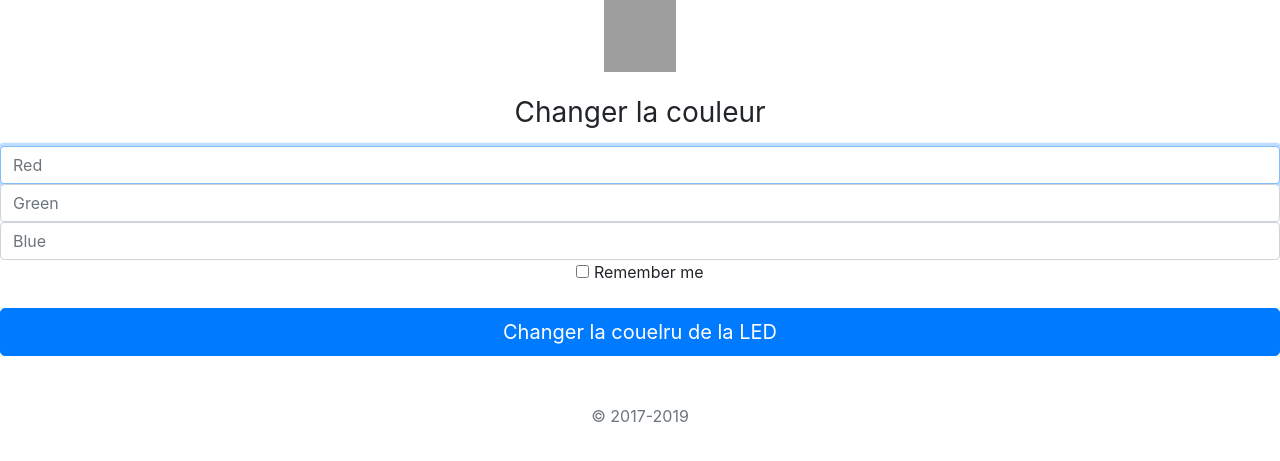
Repository: Symfomany/vuecontrol
Page: index.html
These files come from the project's save history. The page is drawn as it stood at one moment and after the next save; the edit follows.
The browser window is 1280 px wide. The pictures show the whole page.
Pictures or frames that could not be fetched are drawn as grey boxes.

Above is the page before, as saved 2019-11-16 12:01:42.
Not found: signin.css

### index.html
<html lang="en"><head>
    <meta charset="utf-8">
    <meta name="viewport" content="width=device-width, initial-scale=1, shrink-to-fit=no">
    <meta name="description" content="">
    <meta name="author" content="Mark Otto, Jacob Thornton, and Bootstrap contributors">
    <meta name="generator" content="Jekyll v3.8.5">
    <title>Signin Template · Bootstrap</title>

    <link rel="canonical" href="https://getbootstrap.com/docs/4.3/examples/sign-in/">

    <!-- Bootstrap core CSS -->
<link href="https://getbootstrap.com/docs/4.3/dist/css/bootstrap.min.css" rel="stylesheet" integrity="sha384-ggOyR0iXCbMQv3Xipma34MD+dH/1fQ784/j6cY/iJTQUOhcWr7x9JvoRxT2MZw1T" crossorigin="anonymous">


    <style>
      .bd-placeholder-img {
        font-size: 1.125rem;
        text-anchor: middle;
        -webkit-user-select: none;
        -moz-user-select: none;
        -ms-user-select: none;
        user-select: none;
      }

      @media (min-width: 768px) {
        .bd-placeholder-img-lg {
          font-size: 3.5rem;
        }
      }
    </style>
    <!-- Custom styles for this template -->
    <link href="signin.css" rel="stylesheet">
  </head>
  <body class="text-center" style="">
  <img class="mb-4" src="https://getbootstrap.com/docs/4.3/assets/brand/bootstrap-solid.svg" alt="" width="72" height="72">
  <h1 class="h3 mb-3 font-weight-normal">Changer la couleur</h1>
  <label for="red" class="sr-only">Red</label>
  <input type="text" id="red" class="form-control" placeholder="Red" required="" autofocus="">

  <label for="green" class="sr-only">Green</label>
  <input type="text" id="green" class="form-control" placeholder="Green" required="">

  <label for="blue" class="sr-only">Blue</label>
  <input type="text" id="blue" class="form-control" placeholder="Blue" required="">

  <div class="checkbox mb-3">
    <label>
      <input type="checkbox" value="remember-me"> Remember me
    </label>
  </div>
  <button class="btn btn-lg btn-primary btn-block" type="submit">Changer la couelru de la LED</button>
  <p class="mt-5 mb-3 text-muted">© 2017-2019</p>


</body></html>

After the next save:
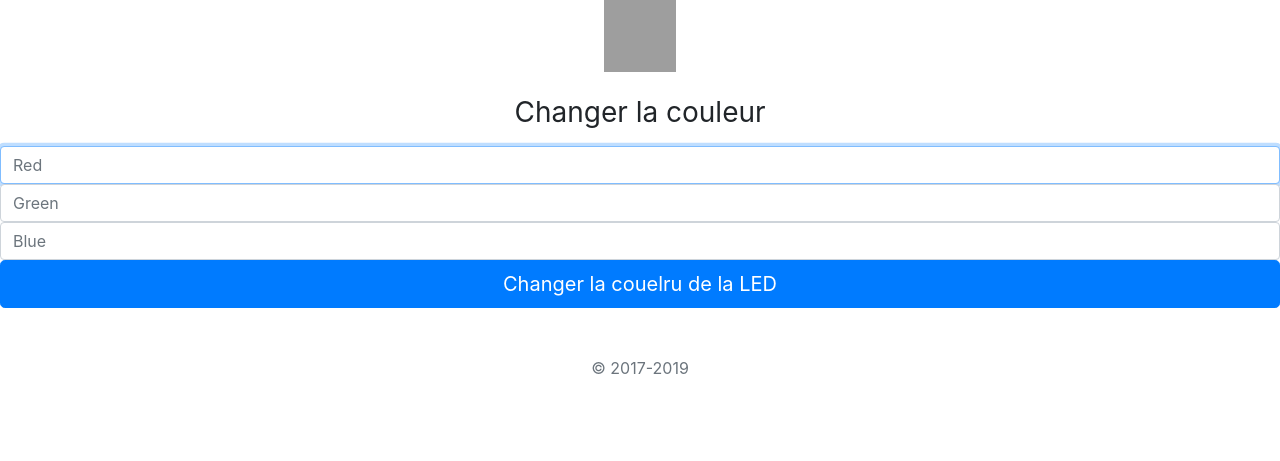
Saved 8 s later.
--- a/index.html
+++ b/index.html
@@ -43,11 +43,6 @@
   <label for="blue" class="sr-only">Blue</label>
   <input type="text" id="blue" class="form-control" placeholder="Blue" required="">
 
-  <div class="checkbox mb-3">
-    <label>
-      <input type="checkbox" value="remember-me"> Remember me
-    </label>
-  </div>
   <button class="btn btn-lg btn-primary btn-block" type="submit">Changer la couelru de la LED</button>
   <p class="mt-5 mb-3 text-muted">© 2017-2019</p>
 
